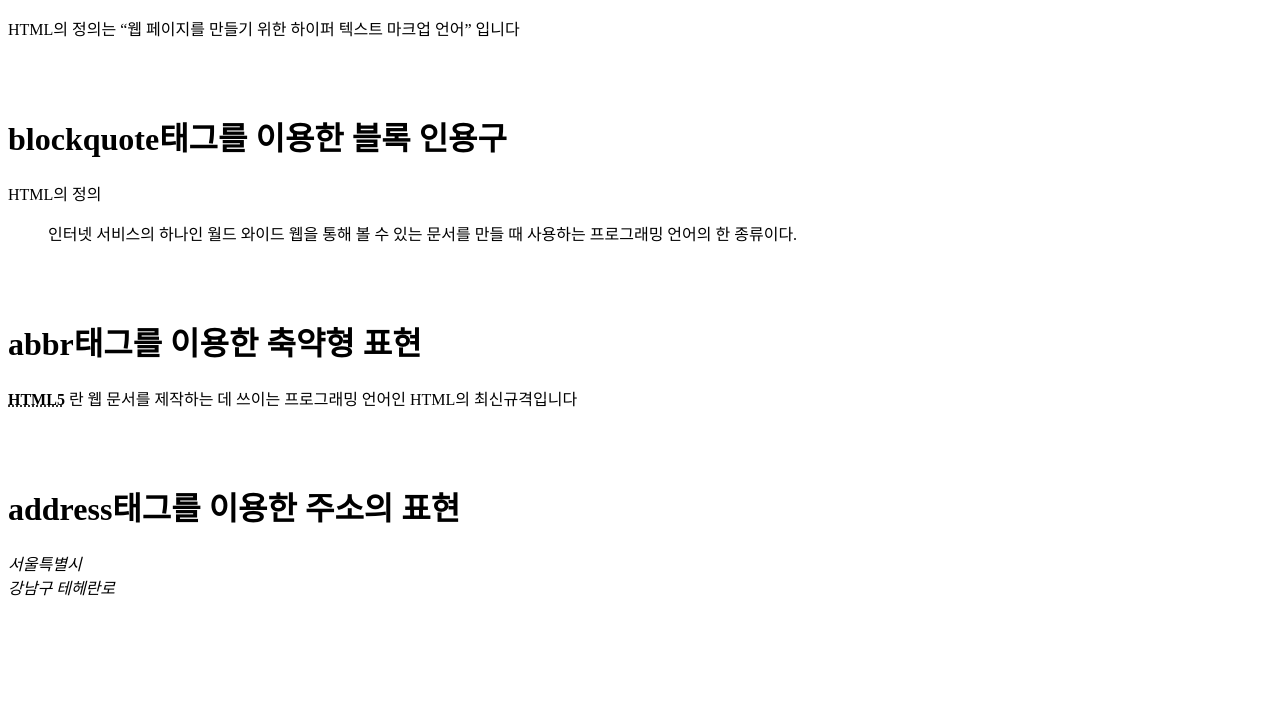
Repository: JaeHyun-Ban/study_html
Page: TCP_HTML/WebContent/ex02_08.html
These files come from the project's save history. The page is drawn as it stood at one moment and after the next save; the edit follows.
The browser window is 1280 px wide. The pictures show the whole page.

Above is the page before, as saved 2020-08-27 05:38:48.

After the next save:
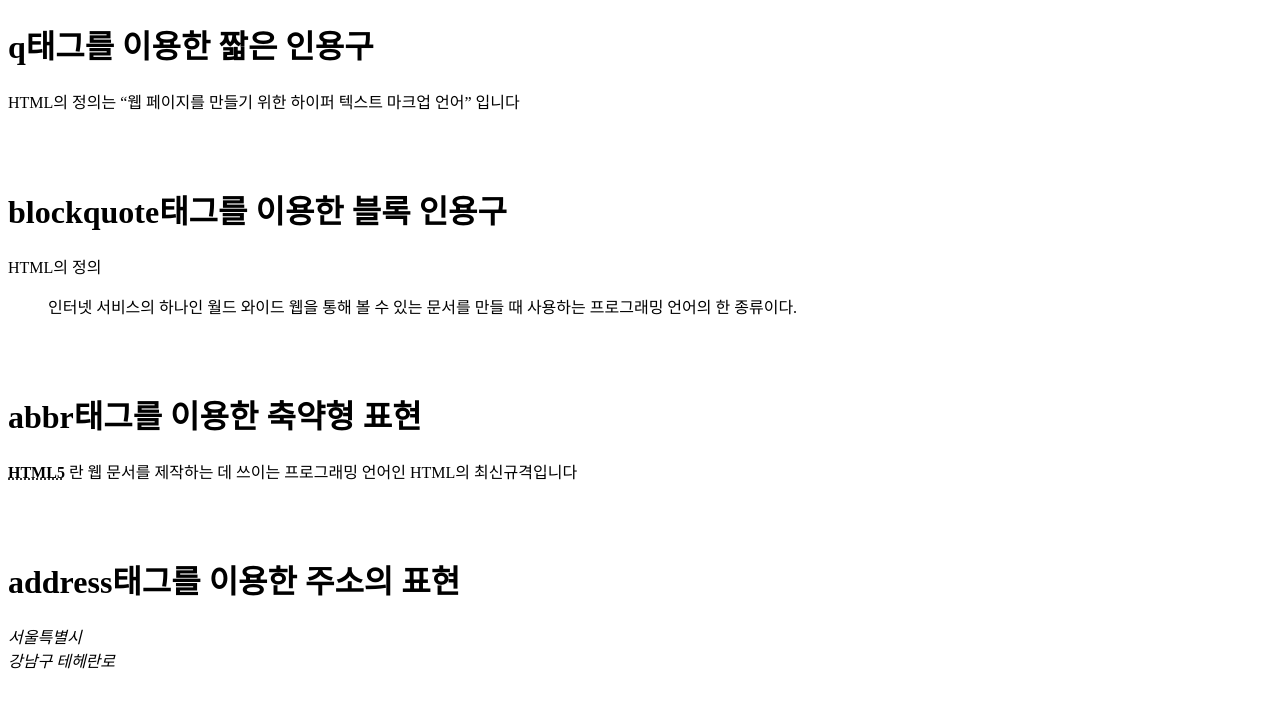
Saved 12 s later.
--- a/TCP_HTML/WebContent/ex02_08.html
+++ b/TCP_HTML/WebContent/ex02_08.html
@@ -5,6 +5,8 @@
 <title>8) 인용구</title>
 </head>
 <body>
+
+	<h1>q태그를 이용한 짧은 인용구</h1>
 	<p>HTML의 정의는
 	<q>웹 페이지를 만들기 위한 하이퍼 텍스트 마크업 언어</q>
 	입니다</p>
